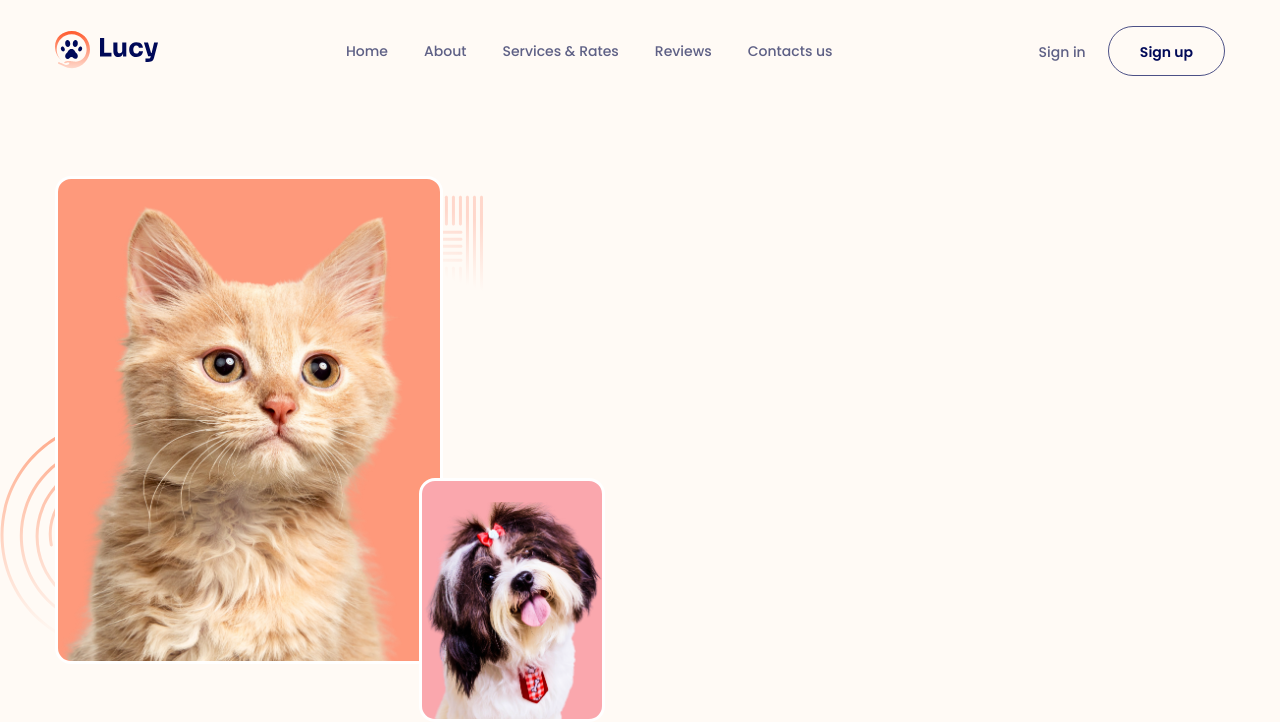
Repository: empty24062002/f8-project-05
Page: index.html
An editor plug-in stored every save of this project. The page is shown before and after the next save, followed by the edit.
The browser window is 1280 px wide. The pictures show the whole page.

Above is the page before, as saved 2023-09-09 17:37:37.

After the next save:
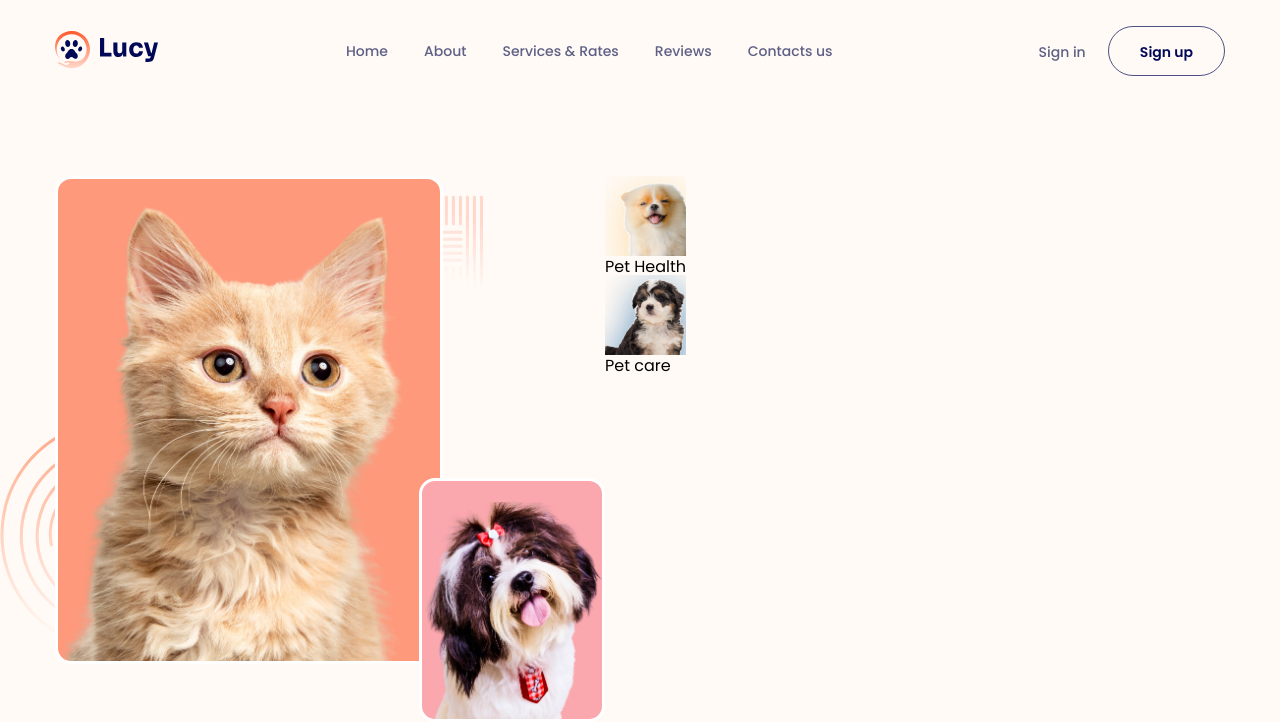
Saved 4 min 59 s later.
--- a/index.html
+++ b/index.html
@@ -170,6 +170,27 @@
                                 class="hero__img hero__img-small"
                             />
                         </div>
+
+                        <div class="hero__list">
+                            <!-- hero list item 1 -->
+                            <div class="hero-list-item">
+                                <img src="./assets/img/hero__img3.png" alt="" class="hero-list-item__thump">
+                                <div class="hero-list-item__info">
+                                    <p class="hero-list-item__title">Pet Health</p>
+                                    <div class="hero-list-item__skeleton"></div>
+                                    <div class="hero-list-item__skeleton"></div>
+                                </div>
+                            </div>
+                            <!-- hero list item 2 -->
+                            <div class="hero-list-item">
+                                <img src="./assets/img/hero__img4.png" alt="" class="hero-list-item__thump">
+                                <div class="hero-list-item__info">
+                                    <p class="hero-list-item__title">Pet care</p>
+                                    <div class="hero-list-item__skeleton"></div>
+                                    <div class="hero-list-item__skeleton"></div>
+                                </div>
+                            </div>
+                        </div>
                     </div>
                 </div>
                     <!-- hero content -->
